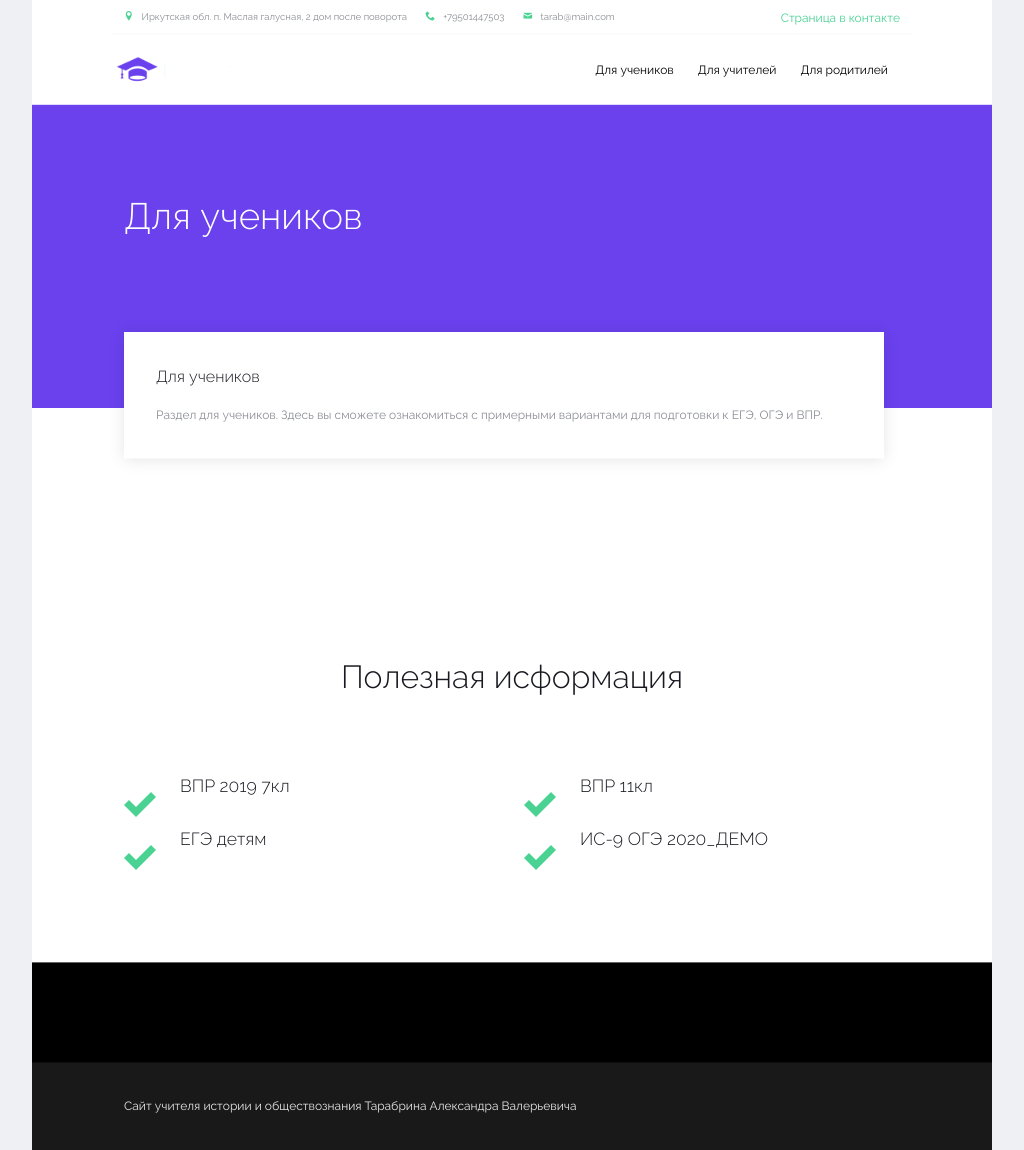
Repository: tarabrin-aleksander/tarabrin-aleksander
Page: teacher.html
These files come from the project's save history. The page is drawn as it stood at one moment and after the next save; the edit follows.
The browser window is 1280 px wide. The pictures show the whole page, at 80% of full size.

Above is the page before, as saved 2020-01-24 14:59:37.

### teacher.html
<!DOCTYPE html>
<html lang="en">
  <head>
    <meta charset="utf-8">
    <meta name="viewport" content="width=device-width, initial-scale=1">
    <title>Сайт учителя истории и обществознания Тарабрина Александра Валерьевича</title>
    <meta name="description" content="Сайт учителя истории и обществознания Тарабрина Александра Валерьевича">
    <meta name="keywords" content="free website templates, free bootstrap themes, free template, free bootstrap, free website template">

    <link href="https://fonts.googleapis.com/css?family=Raleway:300,400,500,700|Open+Sans" rel="stylesheet">
    <link rel="stylesheet" href="css/styles-merged.css">
    <link rel="stylesheet" href="css/style.css">
    <link rel="stylesheet" href="css/custom.css">

    <!--[if lt IE 9]>
      <script src="js/vendor/html5shiv.min.js"></script>
      <script src="js/vendor/respond.min.js"></script>
    <![endif]-->
  </head>
  <body>

    <div class="probootstrap-page-wrapper">
      <!-- Fixed navbar -->

      <div class="probootstrap-header-top">
        <div class="container">
          <div class="row">
            <div class="col-lg-9 col-md-9 col-sm-9 probootstrap-top-quick-contact-info">
              <span><i class="icon-location2"></i>Иркутская обл. п. Маслая галусная, 2 дом после поворота</span>
              <span><i class="icon-phone2"></i>+79501447503</span>
              <span><i class="icon-mail"></i>tarab@main.com</span>
            </div>
            <div class="col-lg-3 col-md-3 col-sm-3 probootstrap-top-social">
              <ul>
                <li><a href="https://vk.com/rrrtarab">Страница в контакте</a></li>
              </ul>
            </div>
          </div>
        </div>
      </div>
      <nav class="navbar navbar-default probootstrap-navbar">
        <div class="container">
          <div class="navbar-header">
            <div class="btn-more js-btn-more visible-xs">
              <a href="#"><i class="icon-dots-three-vertical "></i></a>
            </div>
            <button type="button" class="navbar-toggle collapsed" data-toggle="collapse" data-target="#navbar-collapse" aria-expanded="false" aria-controls="navbar">
              <span class="sr-only">Toggle navigation</span>
              <span class="icon-bar"></span>
              <span class="icon-bar"></span>
              <span class="icon-bar"></span>
            </button>
            <a class="navbar-brand" href="index.html" title="Сайт учителя истории и обществознания Тарабрина Александра Валерьевича">Сайт учителя истории и обществознания Тарабрина Александра Валерьевича</a>
          </div>

          <div id="navbar-collapse" class="navbar-collapse collapse">
            <ul class="nav navbar-nav navbar-right">
              <li><a href="pupil.html">Для учеников</a></li>
              <li><a href="teachers.html">Для учителей</a></li>
              <li><a href="parent.html">Для родитилей</a></li>
            </ul>
          </div>
        </div>
      </nav>

      <section class="probootstrap-section probootstrap-section-colored">
        <div class="container">
          <div class="row">
            <div class="col-md-12 text-left section-heading probootstrap-animate">
              <h1>Для учеников</h1>
            </div>
          </div>
        </div>
      </section>

      <section class="probootstrap-section">
        <div class="container">
          <div class="row">
            <div class="col-md-12">
              <div class="probootstrap-flex-block">
                <div class="probootstrap-text probootstrap-animate" style="width: 100%;">
                  <h3>Для учеников</h3>
                  <p>Раздел для учеников. Здесь вы сможете ознакомиться с примерными вариантами для подготовки к ЕГЭ, ОГЭ и ВПР.</p>
                </div>
              </div>
            </div>
          </div>
        </div>
      </section>

      <section class="probootstrap-section">
        <div class="container">
          <div class="row">
            <div class="col-md-6 col-md-offset-3 text-center section-heading probootstrap-animate">
              <h2>Полезная исформация</h2>
            </div>
          </div>
          <div class="row">
            <div class="col-md-6">
              <div href="pdf/pupil/vpr-2019-obs-7kl-obrazets (2).pdf" class="service left-icon probootstrap-animate">
                <div class="icon"><i class="icon-checkmark"></i></div>
                <div class="text">
                  <h3>ВПР 2019 7кл</h3>
                </div>
              </div>
              <div href="pdf/pupil/егэ детям.pdf" class="service left-icon probootstrap-animate">
                <div class="icon"><i class="icon-checkmark"></i></div>
                <div class="text">
                  <h3>ЕГЭ детям</h3>
                </div>
              </div>
            </div>
            <div class="col-md-6">
              <div href="pdf/pupil/впр 11 кл.pdf" class="service left-icon probootstrap-animate">
                <div class="icon"><i class="icon-checkmark"></i></div>
                <div class="text">
                  <h3>ВПР 11кл</h3>
                </div>
              </div>
              <div href="pdf/pupil/ИС-9 ОГЭ 2020_ДЕМО.pdf" class="service left-icon probootstrap-animate">
                <div class="icon"><i class="icon-checkmark"></i></div>
                <div class="text">
                  <h3>ИС-9 ОГЭ 2020_ДЕМО</h3>
                </div>
              </div>
            </div>
          </div>
          <!-- END row -->
        </div>
      </section>
      <footer class="probootstrap-footer probootstrap-bg">
        <div class="probootstrap-copyright">
          <div class="container">
            <div class="row">
              <div class="col-md-8 text-left">
                <p>Сайт учителя истории и обществознания Тарабрина Александра Валерьевича</p>
              </div>
            </div>
          </div>
        </div>
      </footer>

    </div>
    <!-- END wrapper -->


    <script src="js/scripts.min.js"></script>
    <script src="js/main.min.js"></script>
    <script src="js/custom.js"></script>

  </body>
</html>

Loaded but not shown: css/styles-merged.css (library); css/custom.css (common file); js/scripts.min.js (library); js/main.min.js (library); js/custom.js (common file); css/style.css (3100 lines, source omitted)

After the next save:
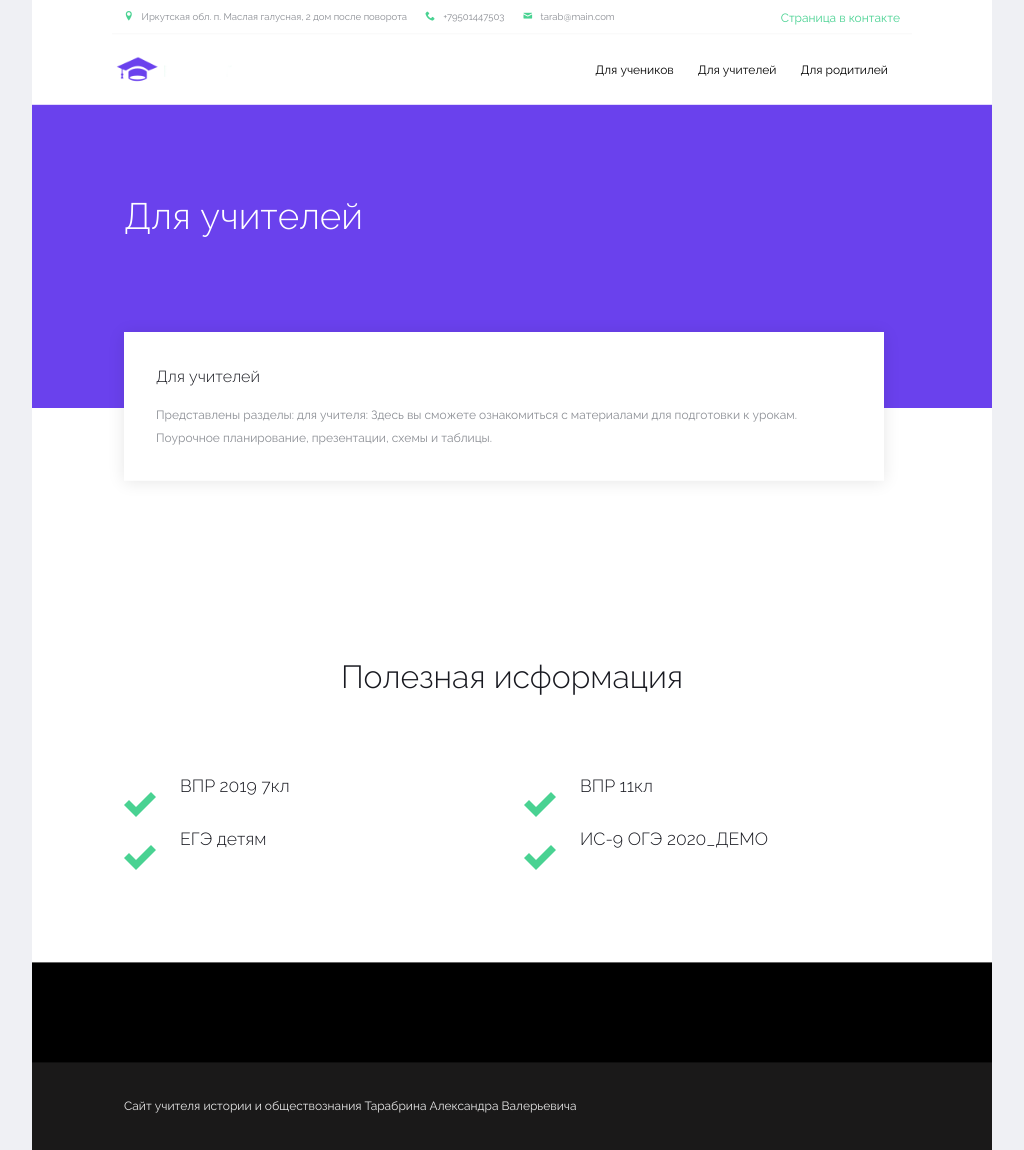
Saved 42 s later.
--- a/teacher.html
+++ b/teacher.html
@@ -67,7 +67,7 @@
         <div class="container">
           <div class="row">
             <div class="col-md-12 text-left section-heading probootstrap-animate">
-              <h1>Для учеников</h1>
+              <h1>Для учителей</h1>
             </div>
           </div>
         </div>
@@ -79,8 +79,8 @@
             <div class="col-md-12">
               <div class="probootstrap-flex-block">
                 <div class="probootstrap-text probootstrap-animate" style="width: 100%;">
-                  <h3>Для учеников</h3>
-                  <p>Раздел для учеников. Здесь вы сможете ознакомиться с примерными вариантами для подготовки к ЕГЭ, ОГЭ и ВПР.</p>
+                  <h3>Для учителей</h3>
+                  <p>Представлены разделы: для учителя: Здесь вы сможете ознакомиться с материалами для подготовки к урокам. Поурочное планирование, презентации, схемы и таблицы.</p>
                 </div>
               </div>
             </div>
